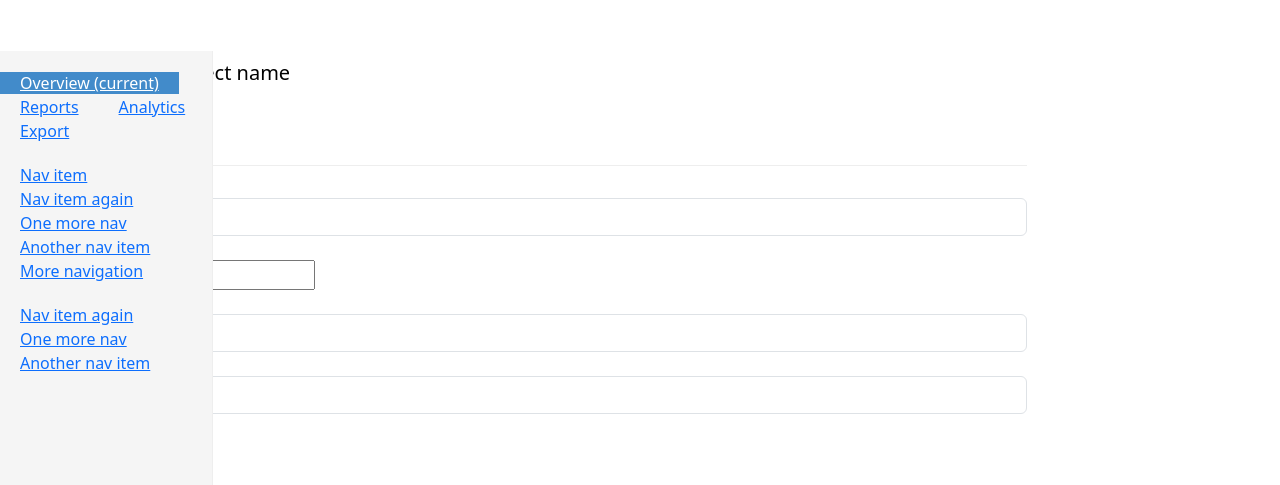
Repository: can2014ky/nodeStudy
Page: views/createUser.html
These files come from the project's save history. The page is drawn as it stood at one moment and after the next save; the edit follows.
The browser window is 1280 px wide. The pictures show the whole page.
Some web libraries are served in a nearby version.

Above is the page before, as saved 2020-07-05 22:51:51.

After the next save:
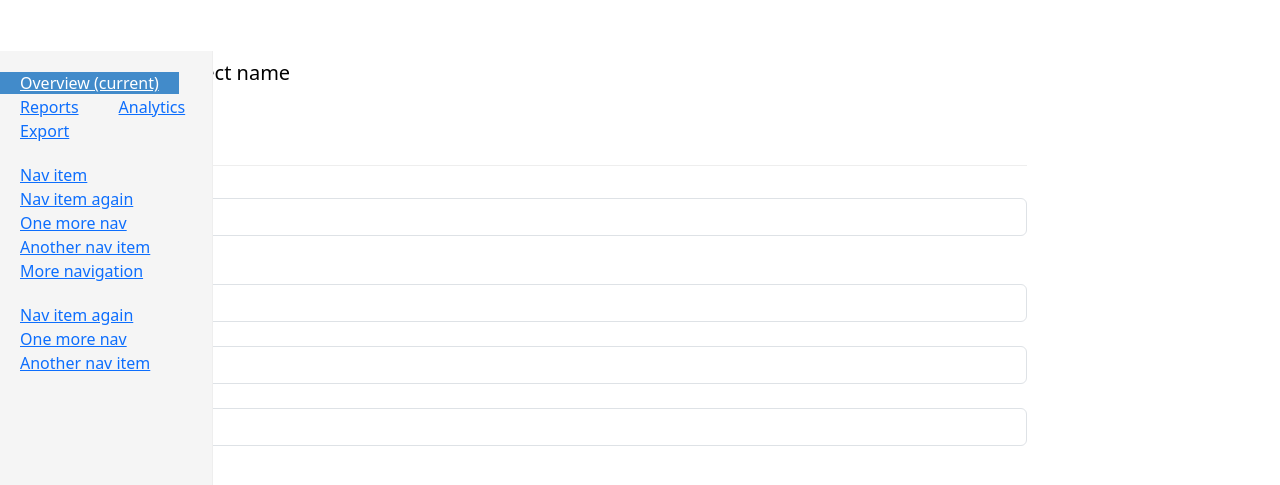
Saved 52 s later.
--- a/views/createUser.html
+++ b/views/createUser.html
@@ -86,7 +86,7 @@
             </div>
             <div class="form-group">
                 <label for="age">年龄</label>
-                <input type="number" name="age" id="age">
+                <input type="number" class="form-control" name="age" id="age">
             </div>
             <div class="form-group">
                 <label for="industry">行业</label>
